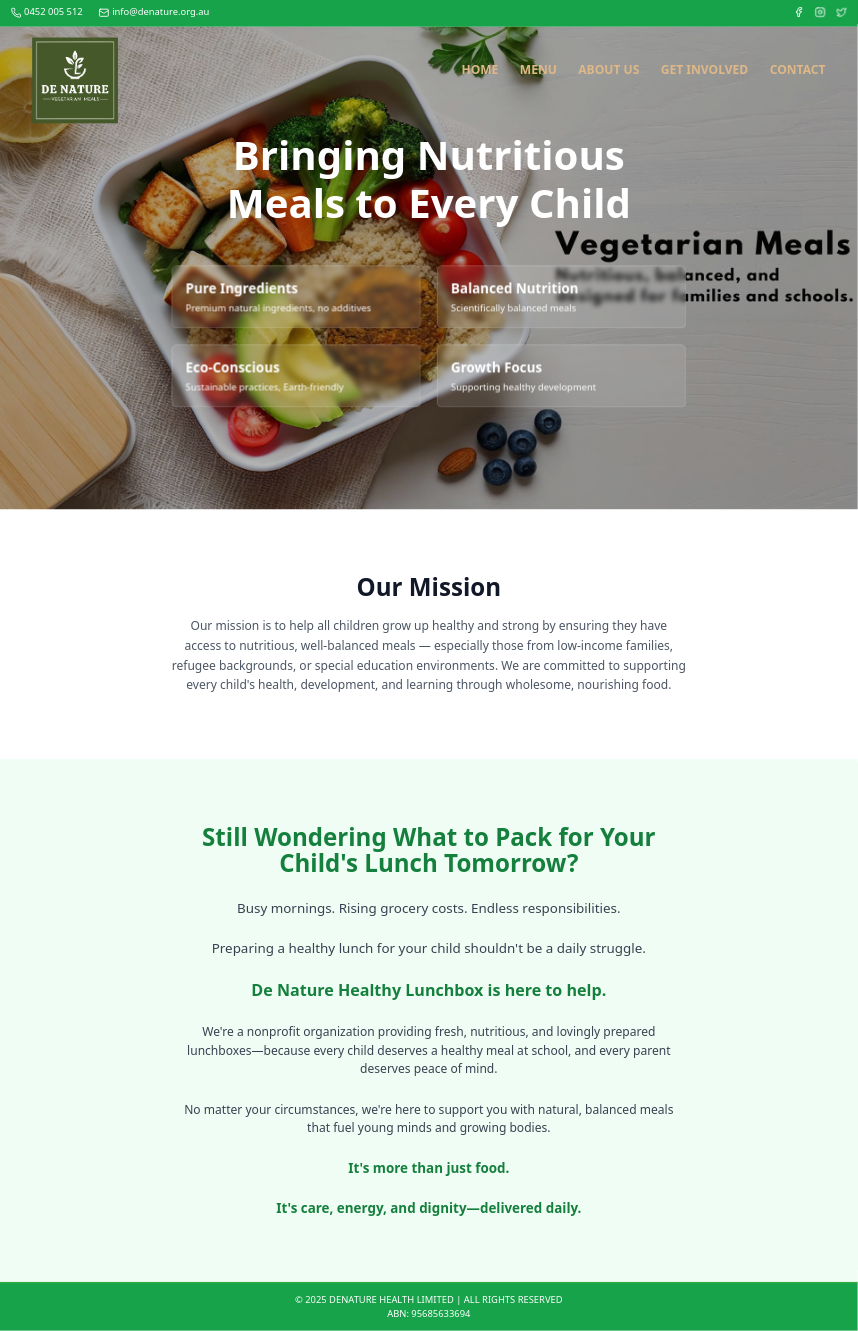
Repository: sunnyyan01/denature-website
Page: /
The author's editor kept a copy of each file at every save. The page is drawn from the files as they stood at one save, then again after the next save.
The browser window is 1280 px wide. The pictures show the whole page, at 67% of full size.
The project was rebuilt for these pictures with package versions that can differ from the ones it lists, and the page was loaded fresh each time. The framework's server and built-in components were replaced by stand-ins that run in the browser. Also part of the build but not shown: next.config.js.

Above is the page before, as saved 2025-05-11 17:15:52.

After the next save:
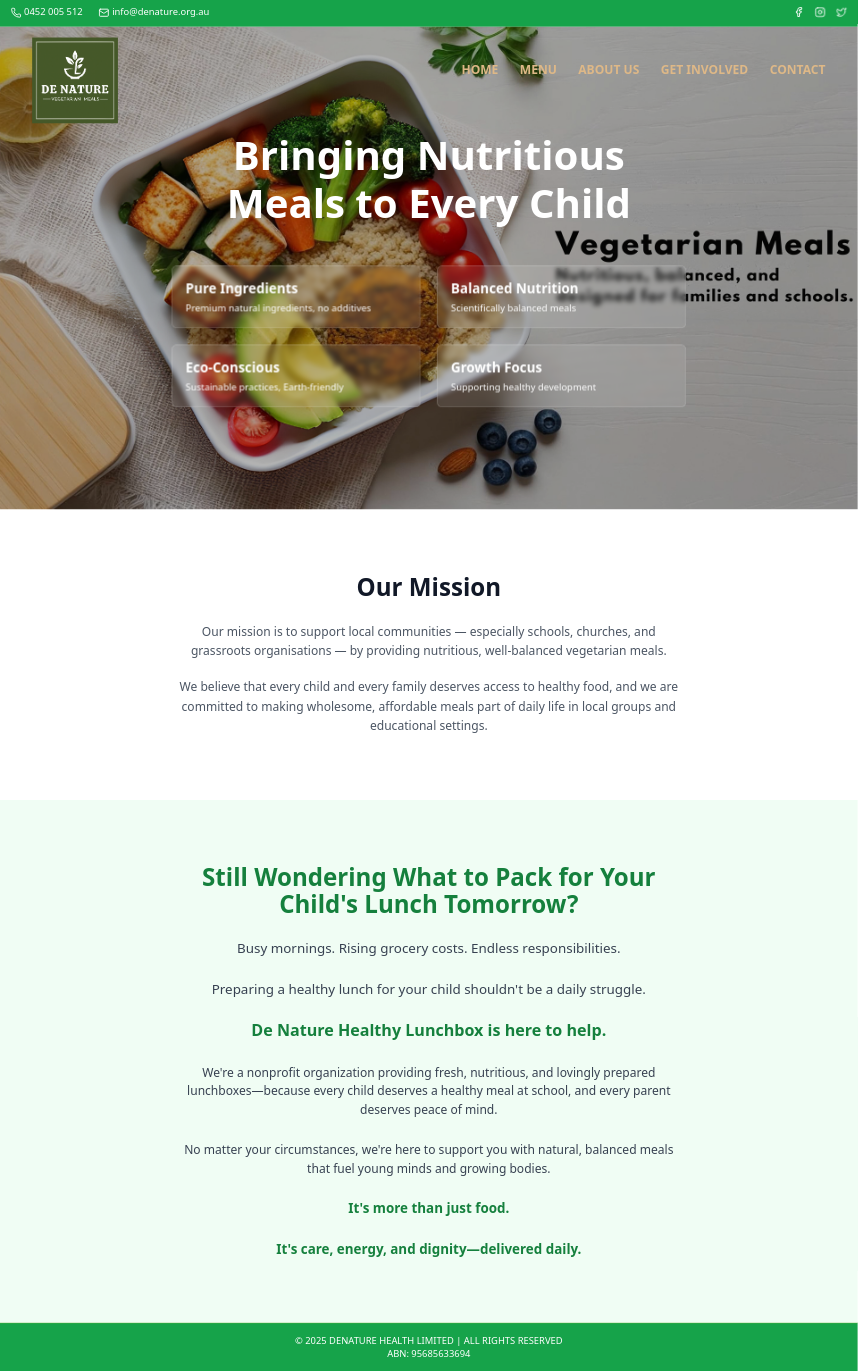
Saved 2 h 14 min later.
--- a/src/app/page.tsx
+++ b/src/app/page.tsx
@@ -68,10 +68,15 @@
       <section className="py-24 bg-white">
         <div className="max-w-4xl mx-auto px-4 sm:px-6 lg:px-8">
           <div className="max-w-3xl mx-auto text-center">
-            <h2 className="text-3xl md:text-4xl font-bold text-gray-900 mb-6 font-heading">Our Mission</h2>
-            <p className="text-lg text-gray-600 leading-relaxed">
-              Our mission is to help all children grow up healthy and strong by ensuring they have access to nutritious, well-balanced meals — especially those from low-income families, refugee backgrounds, or special education environments. We are committed to supporting every child's health, development, and learning through wholesome, nourishing food.
-            </p>
+            <h2 className="text-3xl md:text-4xl font-bold text-gray-900 mb-8 font-heading">Our Mission</h2>
+            <div className="space-y-6 text-lg text-gray-600 leading-relaxed">
+              <p>
+                Our mission is to support local communities — especially schools, churches, and grassroots organisations — by providing nutritious, well-balanced vegetarian meals.
+              </p>
+              <p>
+                We believe that every child and every family deserves access to healthy food, and we are committed to making wholesome, affordable meals part of daily life in local groups and educational settings.
+              </p>
+            </div>
           </div>
         </div>
       </section>
